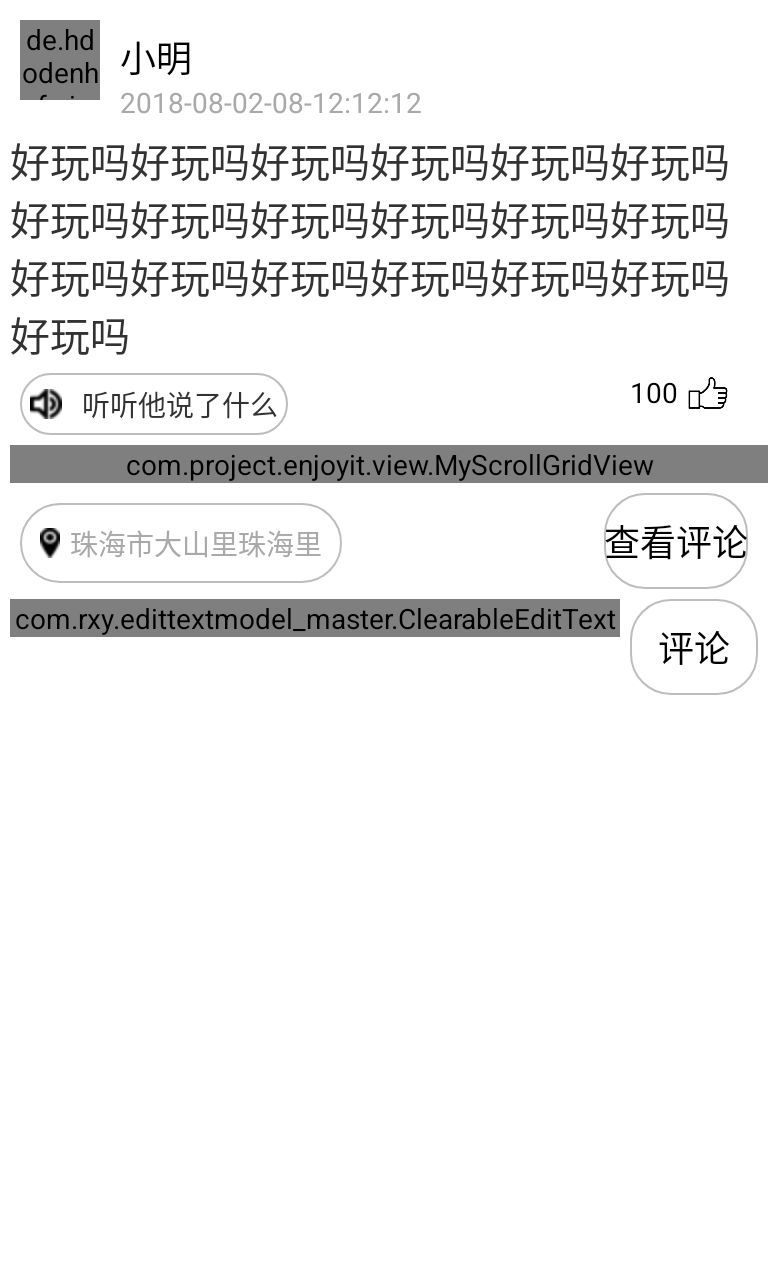
Repository: fatio/Nower
Layout: Android_Client_Source/EnjoyIt/res/layout/shows_list_item.xml
An editor plug-in stored every save of this project. The layout is shown before and after a run of saves, followed by the edit.
Pictures or frames that could not be fetched are drawn as grey boxes. It is drawn on a 768 x 1280 px phone screen (xhdpi) without system bars, with theme AppTheme; the app's code is not run.

Above is the layout before, as saved 2015-12-27 07:39:10.

After the next 2 saves:
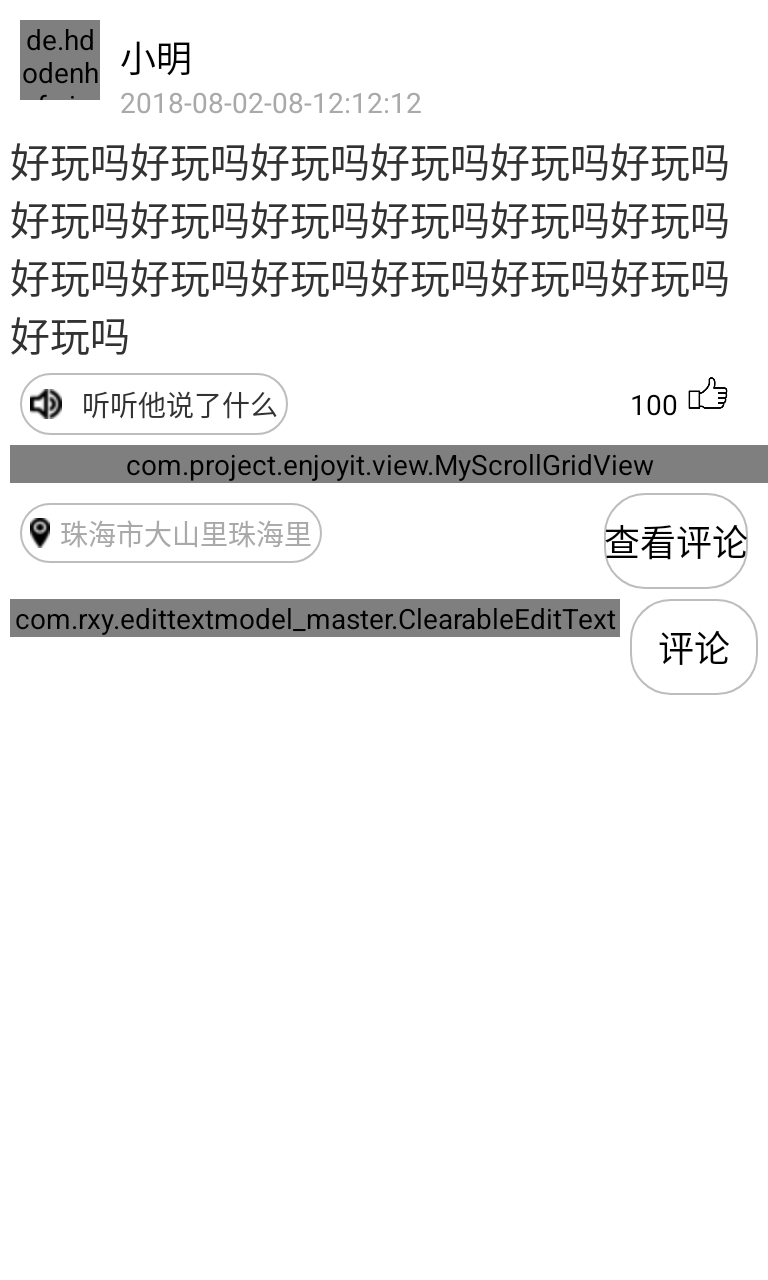
The 2 saves are shown as one change because they came seconds apart.
The last was saved 36 s later.
--- a/Android_Client_Source/EnjoyIt/res/layout/shows_list_item.xml
+++ b/Android_Client_Source/EnjoyIt/res/layout/shows_list_item.xml
@@ -73,35 +73,36 @@
             android:id="@+id/tv_sound"
             android:layout_width="wrap_content"
             android:layout_height="wrap_content"
+            android:layout_alignParentLeft="true"
             android:layout_marginLeft="10dp"
-            android:padding="5dp"
-            android:layout_alignParentLeft="true"
+            android:background="@drawable/imageview_btn_item_selector"
             android:drawableLeft="@drawable/ic_sound_pause"
             android:drawablePadding="10dp"
+            android:padding="5dp"
             android:singleLine="true"
-            android:text="听听他说了什么"
-            android:background="@drawable/imageview_btn_item_selector" />
+            android:text="听听他说了什么" />
 
         <ImageView
             android:id="@+id/iv_like"
             android:layout_width="20dp"
             android:layout_height="20dp"
-
             android:layout_alignParentRight="true"
             android:layout_marginLeft="5dp"
             android:layout_marginRight="20dp"
             android:src="@drawable/ic_like" />
-                <TextView
+
+        <TextView
             android:id="@+id/tv_likes_num"
             android:layout_width="wrap_content"
             android:layout_height="wrap_content"
+            android:layout_centerVertical="true"
             android:layout_toLeftOf="@id/iv_like"
             android:gravity="center"
             android:text="100"
             android:textColor="@drawable/white_show" />
     </RelativeLayout>
 
-   <com.project.enjoyit.view.MyScrollGridView
+    <com.project.enjoyit.view.MyScrollGridView
         android:id="@+id/gv_images"
         android:layout_width="fill_parent"
         android:layout_height="wrap_content"
@@ -112,7 +113,6 @@
         android:scrollbars="none"
         android:verticalSpacing="5dp" />
 
-
     <RelativeLayout
         android:layout_width="match_parent"
         android:layout_height="wrap_content"
@@ -122,27 +122,27 @@
             android:id="@+id/tv_address"
             android:layout_width="wrap_content"
             android:layout_height="wrap_content"
+            android:layout_alignParentLeft="true"
+            android:layout_gravity="center_vertical"
             android:layout_marginLeft="10dp"
             android:layout_marginTop="5dp"
+            android:background="@drawable/imageview_btn_item_selector"
             android:drawableLeft="@drawable/ic_address"
             android:drawablePadding="5dp"
-            android:padding="10dp"
-            android:layout_alignParentLeft="true"
             android:ellipsize="marquee"
+            android:padding="5dp"
             android:singleLine="true"
             android:text="珠海市大山里珠海里"
             android:textColor="#a9a9a9"
-            android:layout_gravity="center_vertical"
-            android:textIsSelectable="true"
-            android:background="@drawable/imageview_btn_item_selector" />
+            android:textIsSelectable="true" />
 
         <Button
             android:id="@+id/bt_show_comments"
             android:layout_width="wrap_content"
             android:layout_height="wrap_content"
+            android:layout_alignParentRight="true"
             android:layout_marginRight="10dp"
             android:background="@drawable/imageview_btn_item_selector"
-            android:layout_alignParentRight="true"
             android:text="查看评论"
             android:textColor="@drawable/white_show" />
     </RelativeLayout>
@@ -152,23 +152,23 @@
         android:layout_width="match_parent"
         android:layout_height="wrap_content"
         android:orientation="vertical"
-        android:visibility="gone">
+        android:visibility="gone" >
 
-       <com.project.enjoyit.view.MyScrollListView
+        <com.project.enjoyit.view.MyScrollListView
             android:id="@+id/lv_comments"
             android:layout_width="match_parent"
             android:layout_height="wrap_content"
             android:visibility="gone" />
-       <Button
+
+        <Button
             android:id="@+id/bt_hide_comments"
             android:layout_width="wrap_content"
             android:layout_height="wrap_content"
+            android:layout_gravity="right"
             android:layout_marginRight="10dp"
             android:background="@null"
             android:text="隐藏评论"
-            android:layout_gravity="right"
             android:textColor="@drawable/white_show" />
-
     </LinearLayout>
 
     <LinearLayout
